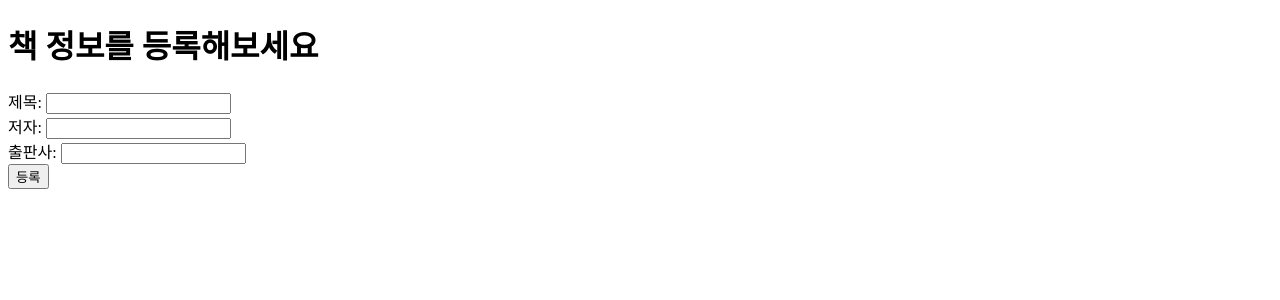
Repository: hrk09/JSPServlet
Page: edu/WebContent/bookInput.html
These files come from the project's save history. The page is drawn as it stood at one moment and after the next save; the edit follows.
The browser window is 1280 px wide. The pictures show the whole page.

Above is the page before, as saved 2022-06-29 07:24:11.

### edu/WebContent/bookInput.html
<!DOCTYPE html>
<html>
<head>
<meta charset="UTF-8">
<title>책 등록</title>
</head>
<body>
	<h1>책 정보를 등록해보세요</h1>
	<form action="bookReg" method="post">
		제목: <input type="text" name="title"><br>
		저자: <input type="text" name="author"><br>
		출판사: <input type="text" name="publisher"><br>
		<input type="submit" value="등록">
	</form>
</body>
</html>

After the next save:
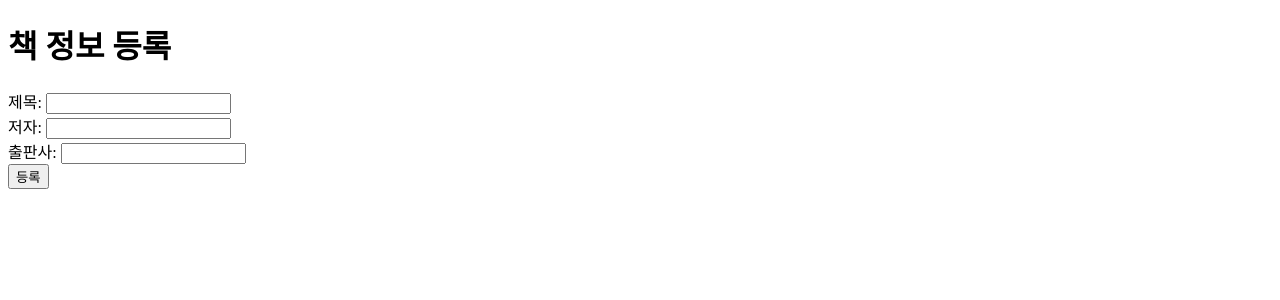
Saved 6 s later.
--- a/edu/WebContent/bookInput.html
+++ b/edu/WebContent/bookInput.html
@@ -5,7 +5,7 @@
 <title>책 등록</title>
 </head>
 <body>
-	<h1>책 정보를 등록해보세요</h1>
+	<h1>책 정보 등록</h1>
 	<form action="bookReg" method="post">
 		제목: <input type="text" name="title"><br>
 		저자: <input type="text" name="author"><br>
